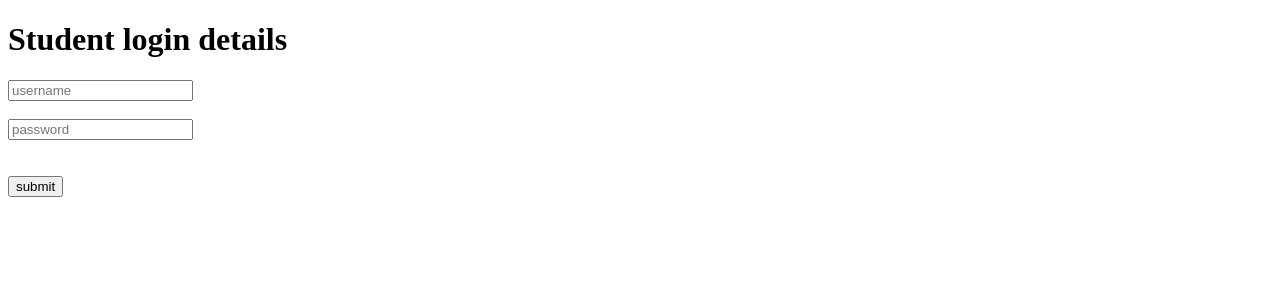
Repository: VIJAYkollu-7568/rakhi
Page: ServletProject/src/main/webapp/LOGINFORM.html
An editor plug-in stored every save of this project. The page is shown before and after the next save, followed by the edit.
The browser window is 1280 px wide. The pictures show the whole page.

Above is the page before, as saved 2024-11-04 04:30:29.

### ServletProject/src/main/webapp/LOGINFORM.html

<!DOCTYPE html>
<html>
<head>
<meta charset="UTF-8">
<title>student login</title>
</head>
<body>
<div class="container">
<h1>Student login details</h1>

<form action="Login">

<input type="text" placeholder="username" name="username" required><br>
<br>

<input type="password"   placeholder="password"name="password" required><br>
<br>
<br>
<input type="submit" value="submit">

</form>
</div>
</body>
</html>

After the next save:
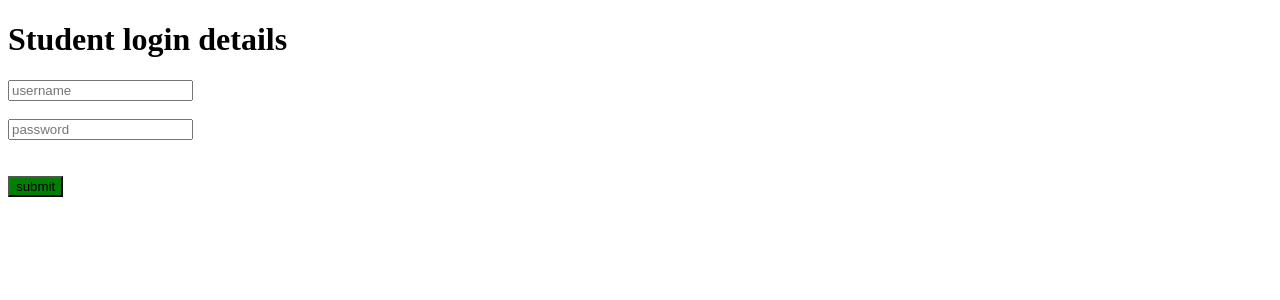
Saved 48 s later.
--- a/ServletProject/src/main/webapp/LOGINFORM.html
+++ b/ServletProject/src/main/webapp/LOGINFORM.html
@@ -17,7 +17,7 @@
 <input type="password"   placeholder="password"name="password" required><br>
 <br>
 <br>
-<input type="submit" value="submit">
+<input type="submit" style="background-color:green;"value="submit">
 
 </form>
 </div>
